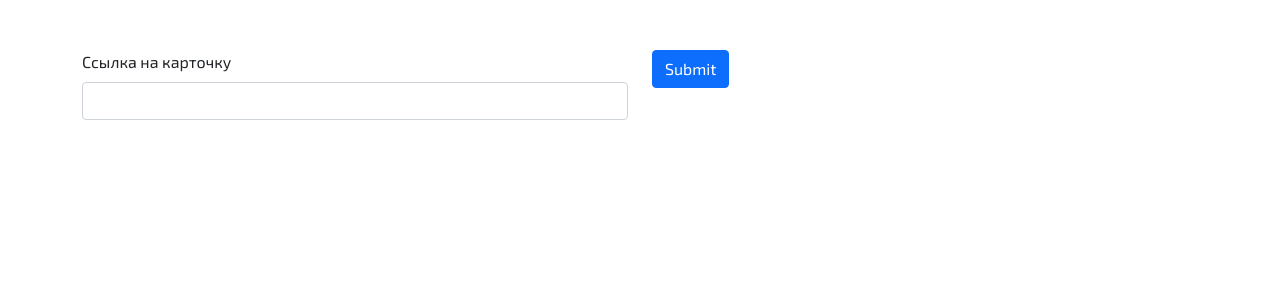
Repository: yozuul/wildberries-product-card-parser-api-exchange
Page: public/index.html
An editor plug-in stored every save of this project. The page is shown before and after a run of saves, followed by the edit.
The browser window is 1280 px wide. The pictures show the whole page.

Above is the page before, as saved 2021-08-18 19:01:05.

### public/index.html
<!DOCTYPE html>
<html lang="en">

<head>
   <meta charset="UTF-8">
   <meta http-equiv="X-UA-Compatible" content="IE=edge">
   <meta name="viewport" content="width=device-width, initial-scale=1.0">
   <title>Document</title>
   <link href="https://cdn.jsdelivr.net/npm/bootstrap@5.1.0/dist/css/bootstrap.min.css" rel="stylesheet" integrity="sha384-KyZXEAg3QhqLMpG8r+8fhAXLRk2vvoC2f3B09zVXn8CA5QIVfZOJ3BCsw2P0p/We" crossorigin="anonymous">
   <link rel="stylesheet" href="style.css">

</head>

<body>
   <div class="container">
      <form class="row parser_form_wrapper">
         <form>
            <div class="mb-3 col-6">
               <label for="cardProductURL" class="form-label">Ссылка на карточку</label>
               <input type="email" class="form-control" id="cardProductURL">
            </div>
            <div class=" col-2">
               <button type="submit" class="btn btn-primary">Submit</button>
            </div>

          </form>
         <!-- <div class="col">
            <h3>Парсер</h3>
            <form name="parseForm">
               <label for="exampleFormControlInput1" class="form-label">Ссылка на карточку</label>
               <input class="form-control form-control-lg" type="text" id="cardURL">
               <button id="parseData">Спарсить</button>
            </form>
         </div> -->
      </div>
      <!-- <div class="row">
        <div class="col">
          Column
        </div>
        <div class="col">
          Column
        </div>
      </div>
    </div>

    <form class="container">
       <div class="row">
         <label for="exampleInputEmail1" class="form-label">Email address</label>
         <input type="email" class="form-control" id="exampleInputEmail1" aria-describedby="emailHelp">
         <div id="emailHelp" class="form-text">We'll never share your email with anyone else.</div>
       </div>
       <div class="mb-3">
         <label for="exampleInputPassword1" class="form-label">Password</label>
         <input type="password" class="form-control" id="exampleInputPassword1">
       </div>
       <div class="mb-3 form-check">
         <input type="checkbox" class="form-check-input" id="exampleCheck1">
         <label class="form-check-label" for="exampleCheck1">Check me out</label>
       </div>
       <button type="submit" class="btn btn-primary">Submit</button>

       </div>
      <div class="mb-3">
    </form> -->

   <!-- <form class="productFormWrapper">
      <div class="productFormWrapperLeft productForm">
            <h3>Данные о товаре</h3>
            <div class="inputWrapper">
               <p>Название товара</p>
               <input type="text" name="productName" id="productName">
            </div>
            <div class="inputWrapper">
               <p>Описание товара</p>
               <textarea name="productDesc" id="productDesc"></textarea>
            </div>
            <div class="inputWrapper">
               <p>Бренд</p>
               <input type="text" name="productBrand" id="productBrand">
            </div>
            <div class="inputWrapper">
               <p>Цена</p>
               <input type="text" name="productPrice" id="productPrice">
            </div>
            <div class="inputWrapper">
               <p>Изображения</p>
            </div>
      </div>
      <div class="productFormWrapperRight productForm">
         <h3>Описание и характеристики</h3>
      </div>
   </form> -->
   <script src="index.js"></script>
</body>

</html>

### public/style.css
@import url('https://fonts.googleapis.com/css2?family=Exo+2&display=swap');

* {
   font-family: 'Exo 2', sans-serif;
}

body {
   padding: 0;
   margin: 0;
}

.parser_form_wrapper {
   margin-top: 50px;
}
/* .productFormWrapper, .parseFormWrapper {
   max-width: 1200px;
   margin: auto;
   padding-top: 25px;
   padding-bottom: 25px;
}
.parseFormWrapper {
   border-bottom: 1px dotted #9999;
}
.productFormWrapper {
   display: flex;
}
.productFormWrapperLeft {
   margin-right: 50px;
}
.parseForm {
   display: flex;
   flex-wrap: wrap;
   max-width: 550px;
}
.parseForm input {
   width: 550px;
   margin-bottom: 20px;
}
.productForm {
}
.productForm input, .productForm textarea {
   width: 550px;
}
.productForm textarea {
   height: 100px;
   resize: none;
}
.parseFormWrapper p, .productFormWrapper p {
   margin-bottom: 8px;
   margin-top: 0;
}
.inputWrapper {
   margin-bottom: 15px;
} */

Loaded but not shown: index.js (no copy from this time; the picture is the same without it)

After the next 2 saves:
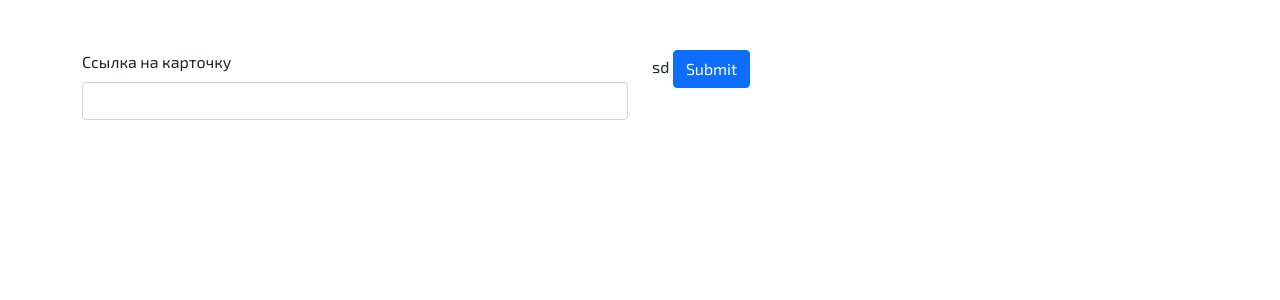
The 2 saves are shown as one change because they came seconds apart.
The last was saved 15 s later.
--- a/public/index.html
+++ b/public/index.html
@@ -20,6 +20,7 @@
                <input type="email" class="form-control" id="cardProductURL">
             </div>
             <div class=" col-2">
+               <label for="cardProductURL" class="form-label">sd</label>
                <button type="submit" class="btn btn-primary">Submit</button>
             </div>
 
